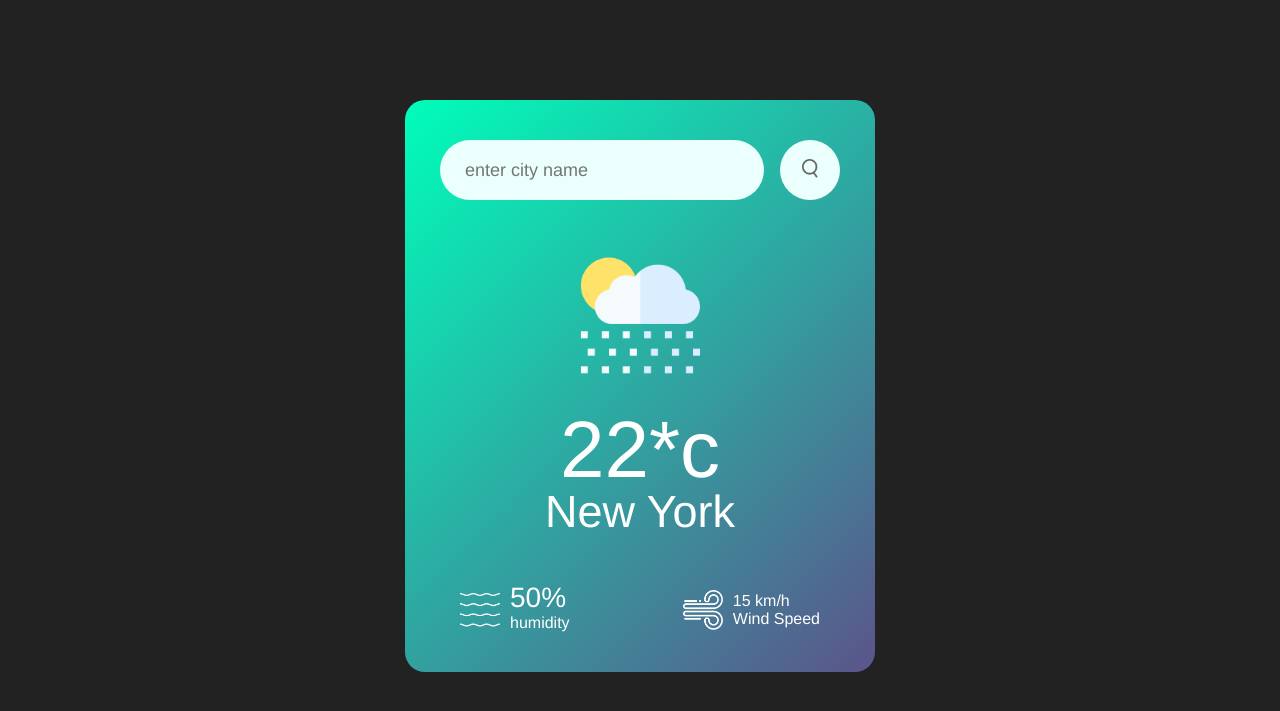
Repository: sodmaq/weatherApp
Page: index.html
These files come from the project's save history. The page is drawn as it stood at one moment and after a run of saves; the edit follows.
The browser window is 1280 px wide. The pictures show the whole page.
The page's requests for data from a server got no answer.

Above is the page before, as saved 2023-06-25 11:48:23.

### index.html
<!DOCTYPE html>
<html lang="en">
  <head>
    <meta charset="UTF-8" />
    <meta name="viewport" content="width=device-width, initial-scale=1.0" />
    <link rel="stylesheet" href="style.css" />
    <title>Weather App</title>
  </head>
  <body>
    <div class="card">
      <div class="search">
        <input type="text" placeholder="enter city name" spellcheck="false" />
        <button><img src="images/search.png" alt="search_icon" /></button>
      </div>
      <div class="weather">
        <img src="images/rain.png" alt="rain_icon" class="weather-icon" />
        <h1 class="temp">22*c</h1>
        <h2 class="city">New York</h2>
        <div class="details">
          <div class="col">
            <img src="images/humidity.png" alt="humidity_icon" />
            <div>
              <p class="humidity">50%</p>
              <p>humidity</p>
            </div>
          </div>
          <div class="col">
            <img src="images/wind.png" alt="wind_icon" />
            <div>
              <p class="Wind">15 km/h</p>
              <p>Wind Speed</p>
            </div>
          </div>
        </div>
      </div>
    </div>
    <script src="main.js"></script>
  </body>
</html>

### style.css
* {
  margin: 0;
  padding: 0;
  font-family: "Franklin Gothic Medium", "Arial Narrow", Arial, sans-serif;
  box-sizing: border-box;
}

body {
  background-color: #222;
}

.card {
  width: 90%;
  max-width: 470px;
  background: linear-gradient(135deg, #00feba, #5b548a);
  color: #fff;
  margin: 100px auto 0;
  border-radius: 20px;
  padding: 40px 35px;
  text-align: center;
}

.search {
  width: 100%;
  display: flex;
  align-items: center;
  justify-content: space-between;
}

.search input {
  border: 0;
  outline: 0;
  background: #ebfffc;
  color: #555;
  padding: 10px 25px;
  height: 60px;
  border-radius: 30px;
  flex: 1;
  margin-right: 16px;
  font-size: 18px;
}

.search button {
  border: 0;
  outline: 0;
  background: #ebfffc;
  border-radius: 50%;
  width: 60px;
  height: 60px;
  cursor: pointer;
}

.search button img {
  width: 16px;
}

.weather-icon {
  width: 170px;
  margin-top: 30px;
}

.weather h1 {
  font-size: 80px;
  font-weight: 500;
}

.weather h2 {
  font-size: 45px;
  font-weight: 400;
  margin-top: -10px;
}

.details {
  display: flex;
  align-items: center;
  justify-content: space-between;
  padding: 0 20px;
  margin-top: 50px;
}

.col {
  display: flex;
  align-items: center;
  text-align: left;
}

.col img {
  width: 40px;
  margin-right: 10px;
}

.humidity,
.wind {
  font-size: 28px;
  margin-top: -6px;
}

### main.js
const apikey = "7d6e6749b309d6d1e4633769c53216d1";
const apiUrl = `https://api.openweathermap.org/data/2.5/weather?q=germany&appid=${apikey}`;

async function checkWeather() {
  const response = await fetch(apiUrl);
  const data = await response.json();
  console.log(data);
}
checkWeather();

After the next 5 saves:
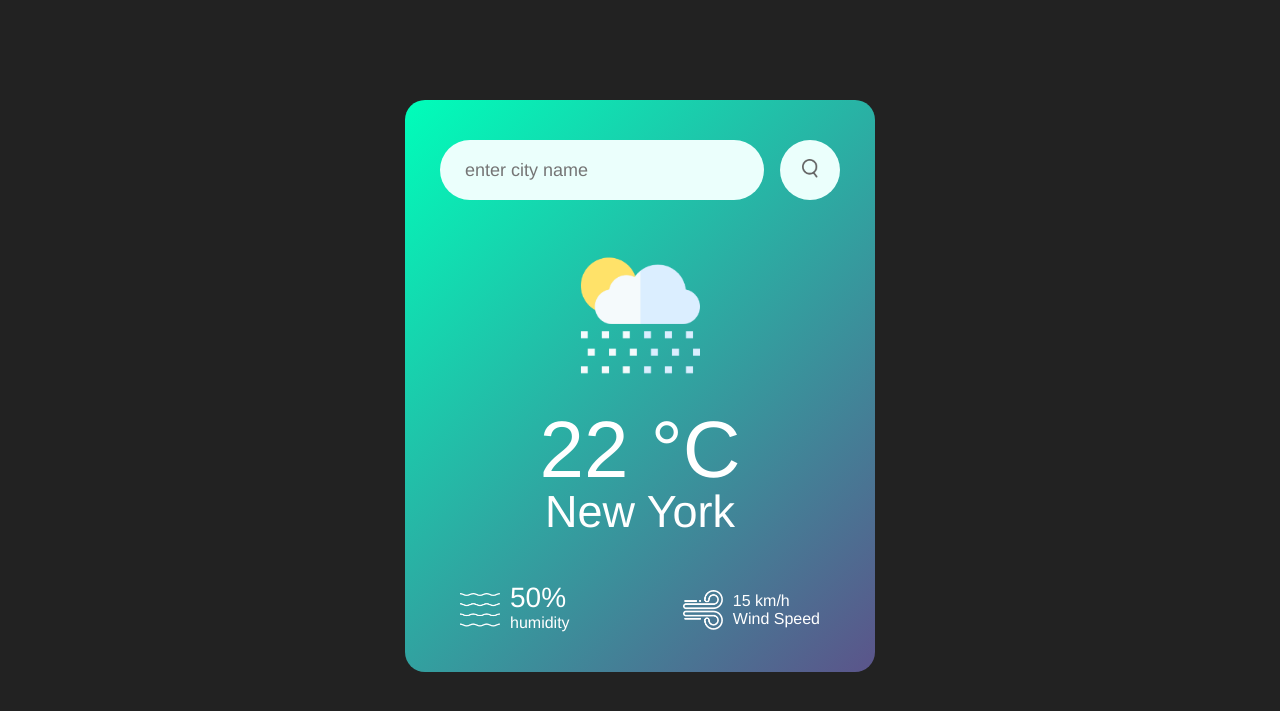
The 5 saves are shown as one change because they came seconds apart.
The last was saved 3 min 47 s later.
--- a/index.html
+++ b/index.html
@@ -14,7 +14,7 @@
       </div>
       <div class="weather">
         <img src="images/rain.png" alt="rain_icon" class="weather-icon" />
-        <h1 class="temp">22*c</h1>
+        <h1 class="temp">22 °C</h1>
         <h2 class="city">New York</h2>
         <div class="details">
           <div class="col">
